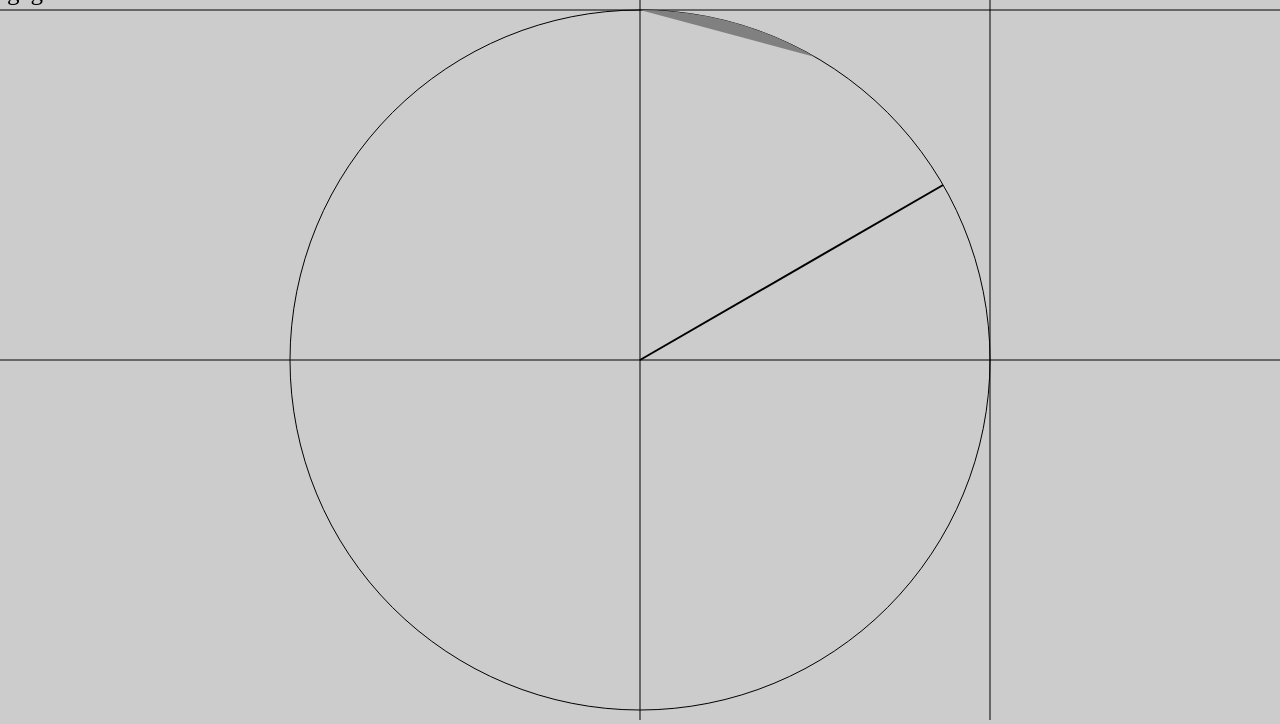
Repository: BraynStorm/braynstorm.github.io
Page: JSDrawing/index.html
The author's editor kept a copy of each file at every save. The page is drawn from the files as they stood at one save, then again after the next save.
The browser window is 1280 px wide. The pictures show the whole page.

Above is the page before, as saved 2015-02-24 17:48:49.

### JSDrawing/index.html
<!DOCTYPE html>
<html>
	<head>
		<meta charset="UTF-8">
		<title>Insert title here</title>
		<link rel="stylesheet" type="text/css" href="main.css"/>
		<script type="text/javascript" src="js/jquery-2.1.3.min.js"></script>
		<script type="text/javascript" src="js/swgDrawing.js"></script>

	</head>
	<body>
		<div id="content">
			<svg width="100%" height="100%">
				<circle id="mainCircle" fill="none" stroke="black" />
				<line style="stroke:rgb(0,0,0);stroke-width:1;" id="sinAxis" />
				<line style="stroke:rgb(0,0,0);stroke-width:1;" id="cosAxis" />

				<line style="stroke:rgb(0,0,0);stroke-width:1;" id="tgAxis" />
				<line style="stroke:rgb(0,0,0);stroke-width:1;" id="cotgAxis" />

				<text style="font-size:25px;">cos</text>
				<text style="font-size:25px;">sin</text>
				<text style="font-size:25px;">tg</text>
				<text style="font-size:25px;">cotg</text>


				<!--  THE ANGLE

				<line id="sinLine" style="stroke:rgb(0,0,0);stroke-width:2;" />
				<line id="cosLine" style="stroke:rgb(0,0,0);stroke-width:2;" />
				<line id="sinLine" style="stroke:rgb(0,0,0);stroke-width:2;" />
				<line id="sinLine" style="stroke:rgb(0,0,0);stroke-width:2;" />
				 -->

				<line id="angleArm" style="stroke:rgb(0,0,0);stroke-width:2;" />
				<path id="angleArc" fill="grey" />
			</svg>

			<input type="text" value="30" id="angleBox" />
		</div>
	</body>
</html>

### JSDrawing/main.css
@CHARSET "UTF-8";

body{
	background-color: #CCC;
	padding: 0;
	margin: 0;
	overflow: hidden;
}

svg{
	margin-top: 0px;
}

#angleBox{
	position: fixed;
	bottom: 10px;
}

### JSDrawing/js/swgDrawing.js
$(document).ready(function (){
	var box			= $("#angleBox");
	var beginX		= window.innerWidth/2;
	var beginY		= window.innerHeight/2;


	var radius		= 350;

	var svg			= $('svg');

	var circle		= $('#mainCircle');

	var sinAxis 	= $("#sinAxis");
	var cosAxis		= $("#cosAxis");
	var tgAxis		= $("#tgAxis");
	var cotgAxis	= $("#cotgAxis");
	var angleArm	= $("#angleArm");
	var angleArc	= $("#angleArc");

	svg.css({
		width:  window.innerWidth,
		height: window.innerHeight
	});

	circle.attr({
		cx : beginX,
		cy : beginY,
		r : radius
	});

	sinAxis.attr({
		x1: beginX,
		y1: 0,
		x2: beginX,
		y2: window.innerHeight
	});


	cosAxis.attr({
		x1: 0,
		y1: beginY,
		x2: window.innerWidth,
		y2: beginY
	});


	tgAxis.attr({
		x1: beginX + radius,
		y1: 0,
		x2: beginX + radius,
		y2: window.innerHeight
	});

	cotgAxis.attr({
		x1: 0,
		y1: beginY - radius,
		x2: window.innerWidth,
		y2: beginY - radius
	});

	angleArm.attr({
		x1: beginX,
		y1: beginY
	});

	var angle = 0;


	var animator;


	animateAngle();

	function animateAngle(){
		var toAngle = parseInt(box.val());

		if(angle-toAngle > 0){
			angle -= 1;
		}else if (angle-toAngle < 0){
			angle += 1;
		}

		var radians = angle * (Math.PI / 180);

		x = beginX + (Math.cos(radians) * radius);


		y = beginY - (Math.sin(radians) * radius);


		angleArm.attr("x2", x);
		angleArm.attr("y2", y);

		angleArc.attr("d", describeArc(beginX, beginY, radius, 0, angle));


		animator = setTimeout(animateAngle, 15);
	}

	function describeArc(x, y, radius, startAngle, endAngle){

	    var start = polarToCartesian(x, y, radius, endAngle);
	    var end = polarToCartesian(x, y, radius, startAngle);

	    var arcSweep = endAngle - startAngle <= 180 ? "0" : "1";

	    var d = [
	        "M", start.x, start.y,
	        "A", radius, radius, 0, arcSweep, 0, end.x, end.y
	    ].join(" ");

	    return d;
	}
	function polarToCartesian(centerX, centerY, radius, angleInDegrees) {
		  var angleInRadians = (angleInDegrees-90) * Math.PI / 180.0;

		  return {
		    x: centerX + (radius * Math.cos(angleInRadians)),
		    y: centerY + (radius * Math.sin(angleInRadians))
		  };
		}

});

Loaded but not shown: JSDrawing/js/jquery-2.1.3.min.js (library)

After the next save:
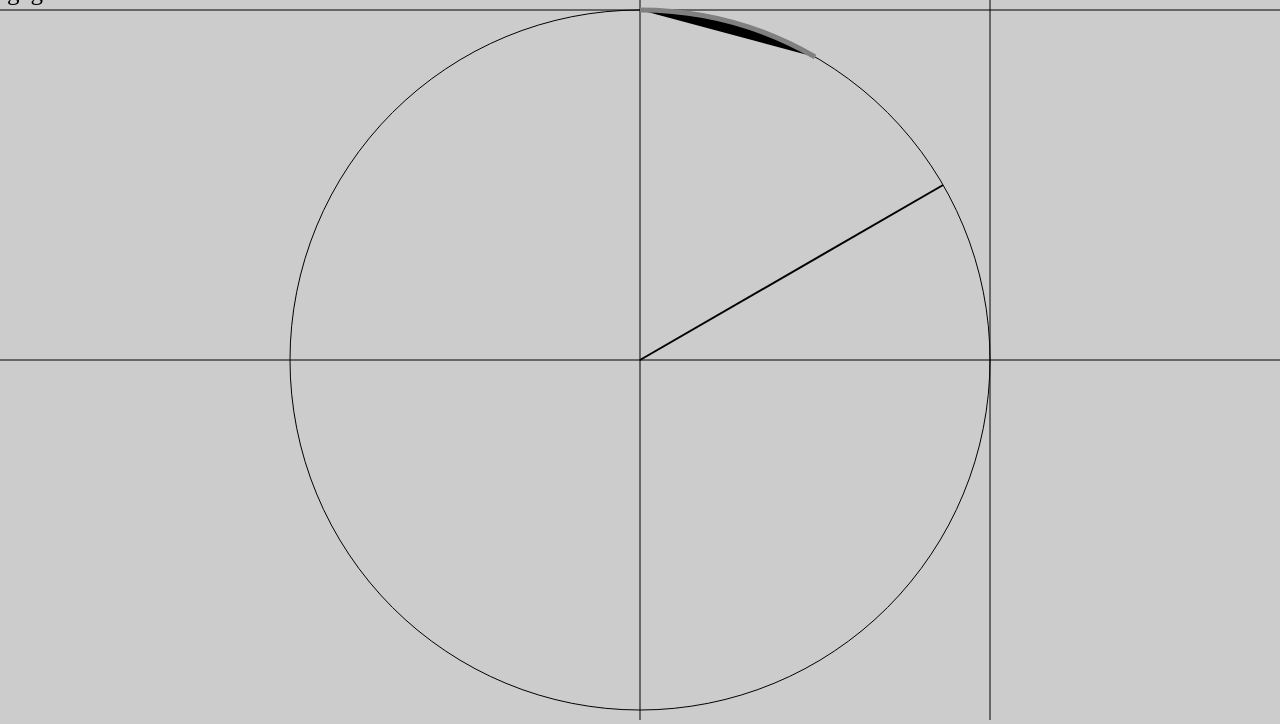
Saved 32 s later.
--- a/JSDrawing/index.html
+++ b/JSDrawing/index.html
@@ -33,7 +33,7 @@
 				 -->
 
 				<line id="angleArm" style="stroke:rgb(0,0,0);stroke-width:2;" />
-				<path id="angleArc" fill="grey" />
+				<path id="angleArc" stroke="grey" stroke-width="5" />
 			</svg>
 
 			<input type="text" value="30" id="angleBox" />
